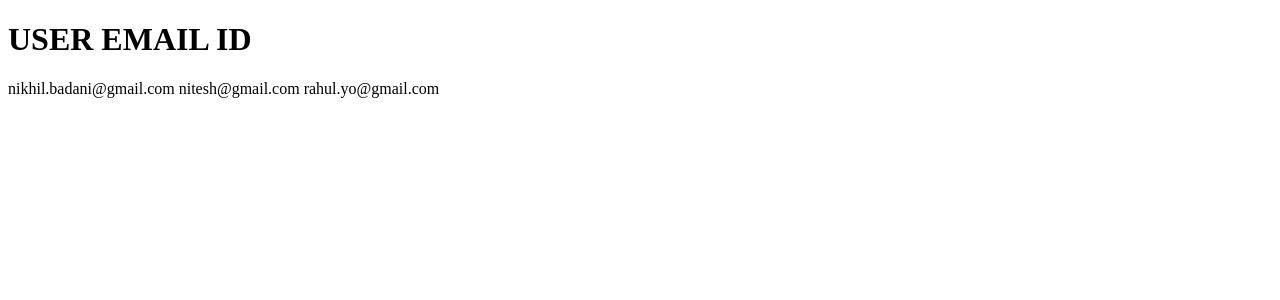
Repository: nikhilbad7/jsp-practicals
Page: http://localhost/classwork/Exp10add.jsp
These files come from the project's save history. The page is drawn as it stood at one moment and after the next save; the edit follows.
The browser window is 1280 px wide. The pictures show the whole page.
The page is served by Tomcat 9. The database holds what the project's SQL file puts in it.

Above is the page before, as saved 2018-04-09 19:13:22.

After the next save:
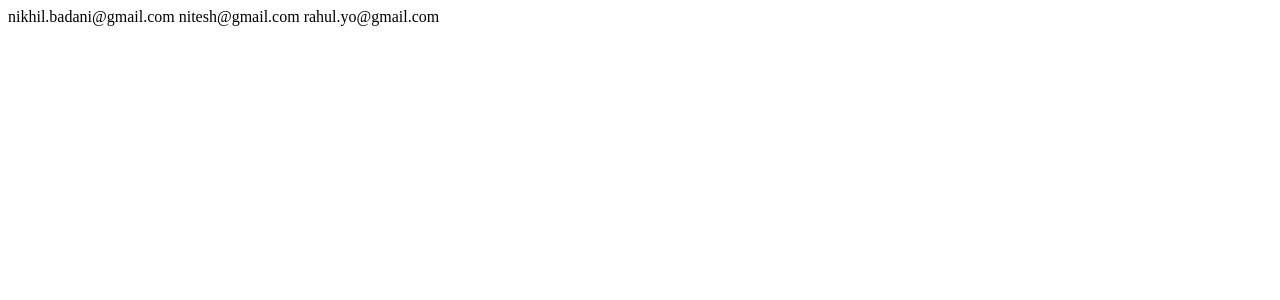
Saved 34 s later.
--- a/classwork/WebContent/Exp10add.jsp
+++ b/classwork/WebContent/Exp10add.jsp
@@ -6,7 +6,7 @@
 <title>Connection with mysql database</title>
 </head>
 <body>
-<h1>USER EMAIL ID </h1>
+
 <%
 try {
 /* Create string of connection url within specified format with machine name,
